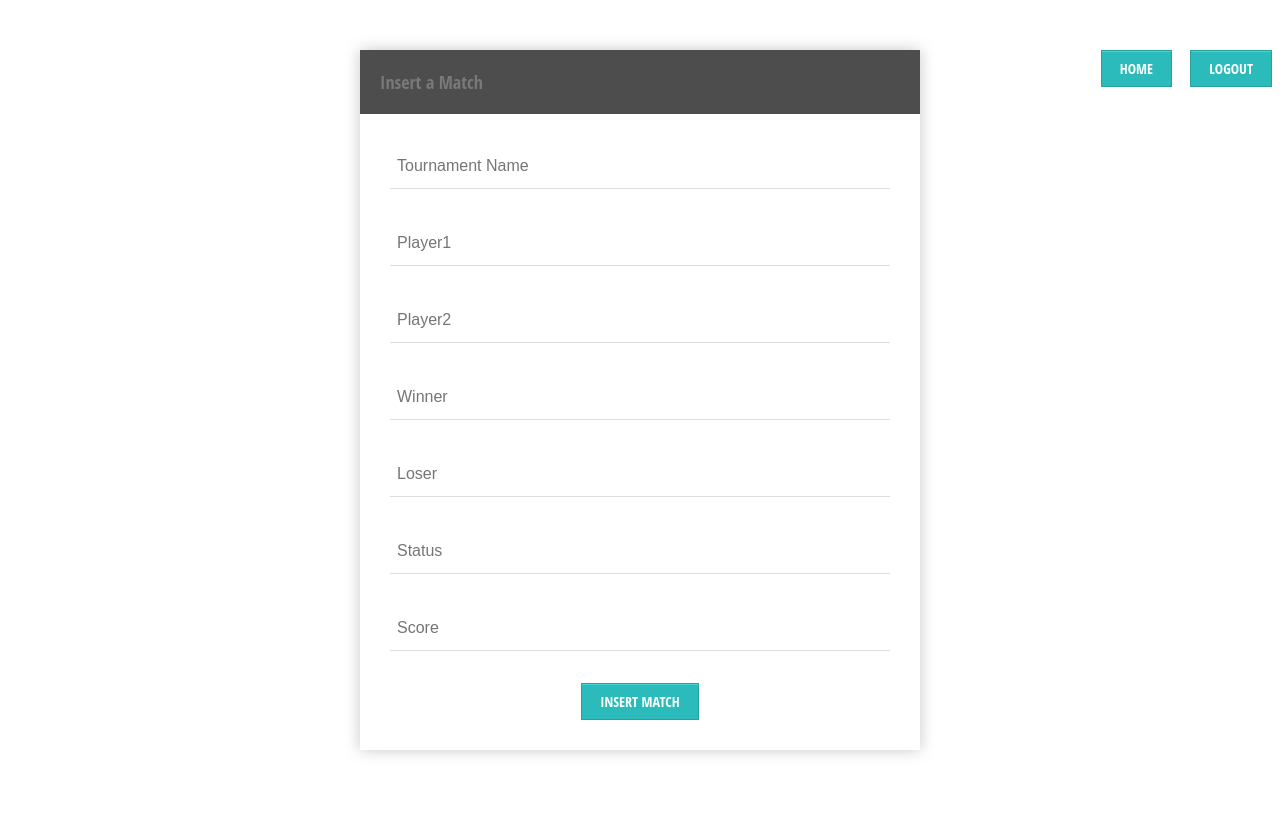
Repository: prm2711/javaapps
Page: http://localhost/Tournament/insertmatch.jsp
The author's editor kept a copy of each file at every save. The page is drawn from the files as they stood at one save, then again after the next save.
The browser window is 1280 px wide. The pictures show the whole page.
The page is served by Tomcat 9. Nobody is signed in. The application's start-up code is not run.

Above is the page before, as saved 2018-01-23 06:51:52.

After the next save:
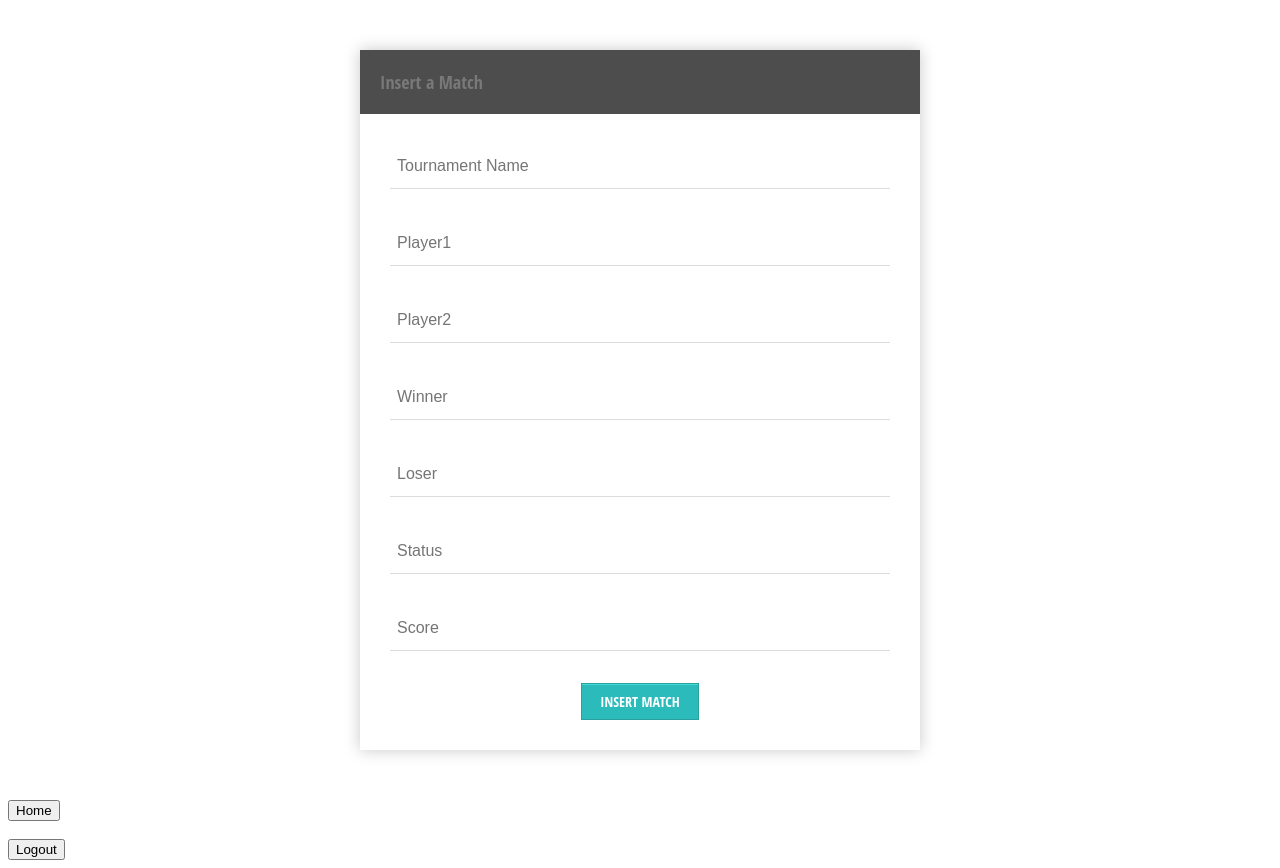
Saved 11 s later.
--- a/eclipse-workspace/Tournament/WebContent/css/insertpage.css
+++ b/eclipse-workspace/Tournament/WebContent/css/insertpage.css
@@ -35,7 +35,7 @@ body {
     height: 45px;
 }
 
-.submitButton,.homeButton,.logoutButton {
+.submitButton {
     box-shadow: inset 0px 1px 0px 0px #45D6D6;
     background-color: #2CBBBB;
     border: 1px solid #27A0A0;
@@ -50,18 +50,6 @@ body {
     margin: 0 auto;
 }
 
-.button-form-logout {
-	position: absolute;
-	top: 0px;
-	right: 0px;
-}
-
-.button-form-home {
-	position: absolute;
-	top: 0px;
-	right: 100px;
-}
-
 .submitButton:hover {
     background:linear-gradient(to bottom, #34CACA 5%, #30C9C9 100%);
     background-color:#34CACA;

After the 2 saves that followed:
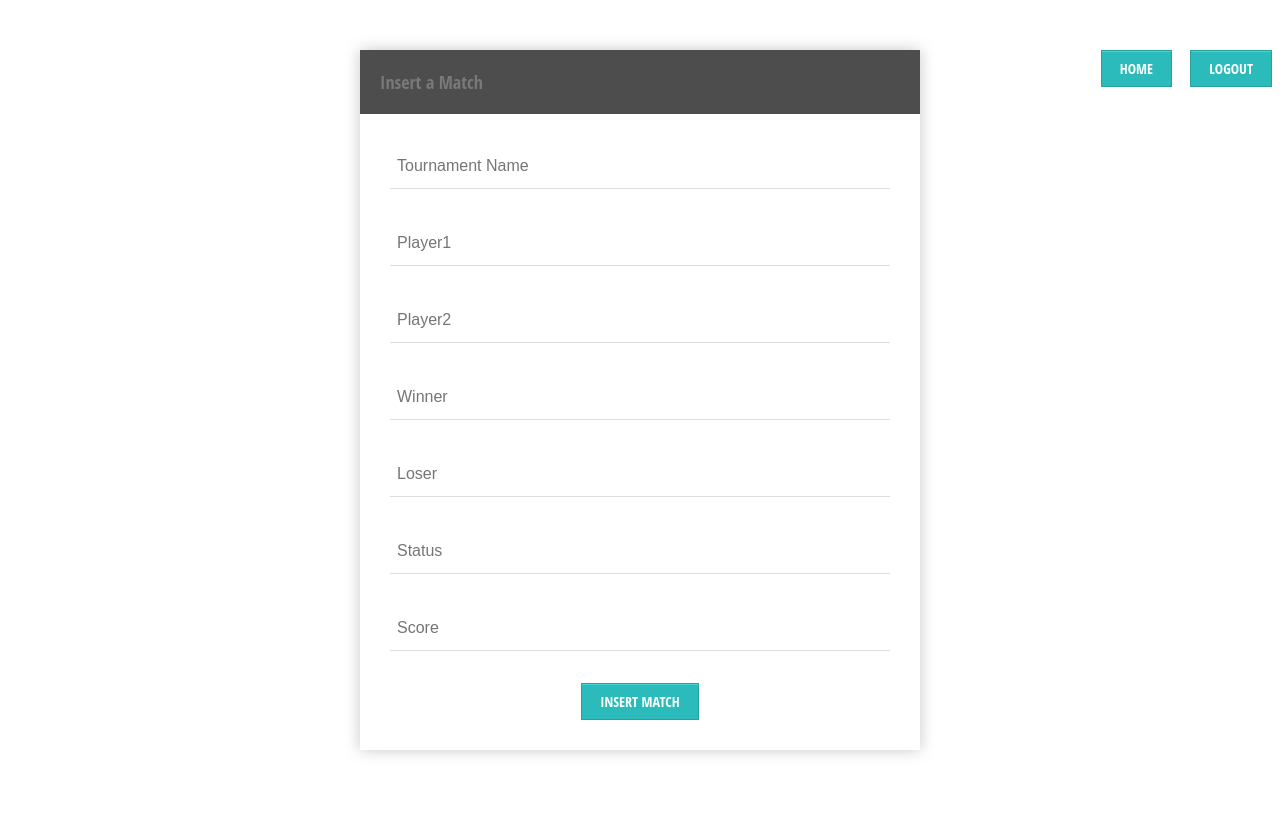
The 2 saves are shown as one change because 1 left the picture as it was.
The last was saved 32 s later.
--- a/eclipse-workspace/Tournament/WebContent/insertmatch.jsp
+++ b/eclipse-workspace/Tournament/WebContent/insertmatch.jsp
@@ -6,7 +6,7 @@
 <meta http-equiv="Content-Type" content="text/html; charset=ISO-8859-1">
 <title>Insert Match</title>
 <link rel="stylesheet" type="text/css" href="css/insertpage.css">
-
+<link rel="stylesheet" type="text/css" href="css/button-style.css">
 </head>
 <body>
 	<form method="post" action="InsertMatchServlet" class="insert-form">
--- a/eclipse-workspace/Tournament/WebContent/css/button-style.css
+++ b/eclipse-workspace/Tournament/WebContent/css/button-style.css
@@ -1,4 +1,7 @@
 @charset "ISO-8859-1";
+body {
+	position: relative;
+}
 .homeButton,.logoutButton {
     box-shadow: inset 0px 1px 0px 0px #45D6D6;
     background-color: #2CBBBB;
